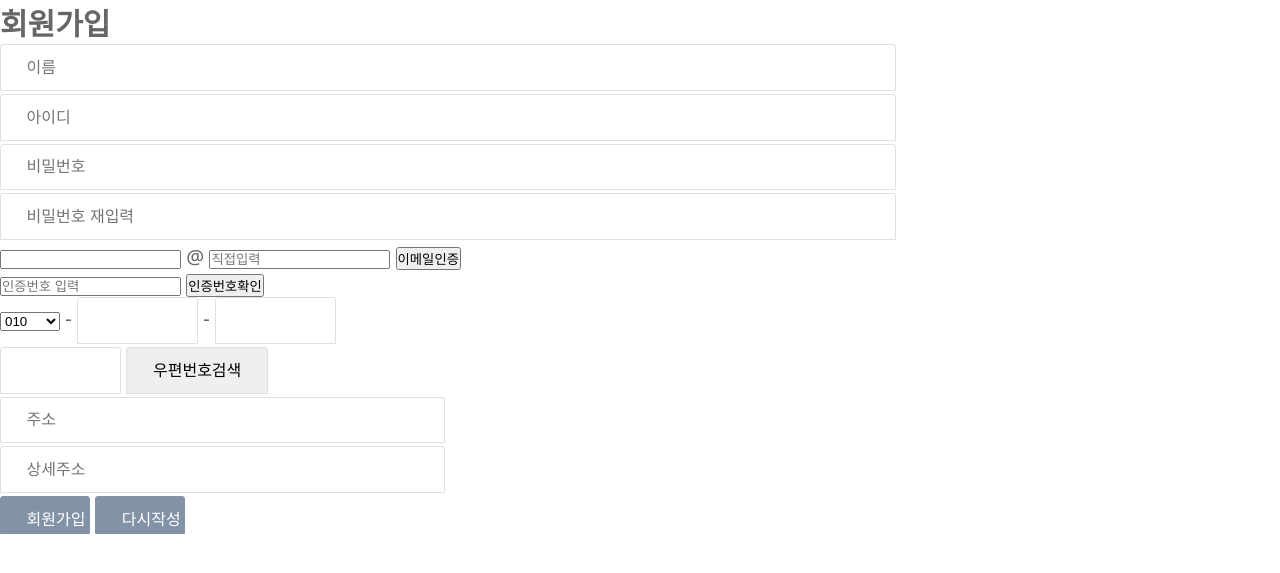
Repository: keepsus/gaebokchi
Page: http://localhost/uzuslime/member/memberWriteForm.jsp
These files come from the project's save history. The page is drawn as it stood at one moment and after a run of saves; the edit follows.
The browser window is 1280 px wide. The pictures show the whole page.
Some web fonts or font styles are not loaded; a fallback is used. The page is served by Tomcat 9. Nobody is signed in. The application's start-up code is not run. Other server files are loaded and not shown.

Above is the page before, as saved 2021-01-31 03:16:00.

### uzuslime/src/main/webapp/member/memberWriteForm.jsp
<%@ page language="java" contentType="text/html; charset=UTF-8"
    pageEncoding="UTF-8"%>

<head>
    <meta charset="UTF-8">
    <meta name="viewport" content="width=device-width, initial-scale=1.0">
    <link rel="stylesheet" href="/slime/css/memberWriteForm.css">
    <link rel="preconnect" href="https://fonts.gstatic.com">
    <link href="https://fonts.googleapis.com/css2?family=Raleway:ital,wght@0,200;0,300;0,400;0,500;1,300;1,400&display=swap" rel="stylesheet">
    <title>Document</title>
</head>


	<div class="modal-header">
	    <h2 class="signUp-header">회원가입</h2>
	</div>

		<form name="memberWriteForm" method="post" action="/slime/member/write" class="memberWriteForm">

			    <div class="input-text">
			        <input type="text" class="sign-name" id="signName" name="member_name" size="25" placeholder="이름">
			        <div id="nameDiv"></div>
			    </div>


			    <div class="input-text">
			        <input type="text" class="member_id" id="member_id" size="25" placeholder="아이디">
			        <input type="hidden" id="check" value="">
			    	<div id="idDiv"></div>
			    </div>


			    <div class="input-text">
			        <input type="password" class="sign-pwd" id="signPwd" name="member_pw" size="25" placeholder="비밀번호">
			        <div id="pwdDiv"></div>
			    </div>


			    <div class="input-text">
			        <input type="password" class="sign-repwd" id="signRePwd" name="repw" size="25" placeholder="비밀번호 재입력">
			        <div id="repwdDiv"></div>
			    </div>


			    <div class="email-input-text">
			        <input type="text" class="sign-email1" name="email1">
			        @
			        <input type="email" class="sign-email2" name="email2" list="email2" placeholder="직접입력">
			        <datalist id="email2">
			            <option value="gmail.com">
			            <option value="naver.com">
			            <option value="hanmail.net">
			        </datalist>
			        <input type="button" class="email-Btn" value="이메일인증" id="emailBtn"><br>
			         <input type="text" class="check-email" name="check-email" placeholder="인증번호 입력">
			        <input type="button" class="email-check-Btn" value="인증번호확인" id="emailCheckBtn"><br>
			    </div>


			    <div class="signUp-phone-form">
			        <select name="tel1" class="sign-tel1" style="width: 60px;">
			            <option value="010">010
			            <option value="011">011
			            <option value="019">019
			        </select>
			         -
			         <input type="text" class="sign-tel2" name="tel2" size="5">
			         -
			         <input type="text" class="sign-tel3" name="tel3" size="5">
			    </div>


			    <div class="signUp-address-form">
			        <input type="text" class="sign-post" id="postcode" name="zipcode" size="5" readonly>
			        <input type="button" class="check-Post-Btn" value="우편번호검색" id="checkPostBtn"><br>
			        <input type="text" class="sign-address" id="address" name="addr1" size="40"  readonly placeholder="주소"><br>
			        <input type="text" class="sign-detail" id="detailAddress" name="addr2" size="40" placeholder="상세주소">
			    </div>


			    <div class="signUp-btn-box">
			        <input type="button" id="writeBtn" class="writeBtn" value="회원가입">
			        <input type="reset" value="다시작성">
			    </div>


</form>
<script type="text/javascript" src="https://code.jquery.com/jquery-3.5.1.min.js"></script>	<!-- 위아래 순서가 바뀌면 안된다 -->
<script type="text/javascript" src="/slime/js/member.js?ver=1"></script>	<!-- 위아래 순서가 바뀌면 안된다 -->

### uzuslime/src/main/webapp/css/memberWriteForm.css
@charset "UTF-8";
* {
    margin: 0px;
    padding: 0px;
    box-sizing: border-box;
}

html {
    background-color: #fff;
    color: rgba(85, 85, 85, 0.897);
    font-family: 'Raleway','Noto Sans Korean','Apple SD Gothic Neo', 'Malgun Gothic','Nanum Gothic', 'Noto Sans','sans-serif';
    font-weight: 300px;
    font-size: 20px;
    text-rendering: optimizeLegibility;
    /* 반응형 웹사이트를 만드려고 기준으로 두었다. 폰트사이즈를 20px을 기본으로 주면 다른 태그에서 %를 사용해서 변경해주면
    폰트 사이즈를 바꿔줄때마다 웹사이트의 폰트 사이즈가 자동으로 바뀔 것이다. */
}

.modal-header{
	margin-botton: 8%;

}

.memberSignUpForm{
	text-align: center;
}

.input-text input{
    width: 70%;
    padding: 1% 2%;
    line-height: 1.2;
    border-radius: 3px 3px 0 0;
    border: 1px solid #e0e0e0;
    font-size: 80%;
    margin-bottom: 3px;
}

.emailBtn,.emailCheckBtn,.checkPostBtn{
    background-color: #fff;
    color: rgba(85, 85, 85, 0.897);
    border: 1px solid #e0e0e0;
    text-decoration: none;
    cursor: pointer;
    border-radius: 3px 3px 0 0;
}

.emailBtn,.emailCheckBtn,.checkPostBtn,.writeBtn:hover{
    transition: 0.4s;
    background-color: rgba(78, 76, 76, 0.678);
    color: white;
}

.signUp-email-form input {
	padding: 1% 2%;
    line-height: 1.2;
    border-radius: 3px 3px 0 0;
    border: 1px solid #e0e0e0;
    font-size: 80%;
    margin-bottom: 3px;
}

.signUp-phone-form input {
	padding: 1% 2%;
    line-height: 1.2;
    border-radius: 3px 3px 0 0;
    border: 1px solid #e0e0e0;
    font-size: 80%;
    margin-bottom: 3px;
}

.signUp-address-form input {
	padding: 1% 2%;
    line-height: 1.2;
    border-radius: 3px 3px 0 0;
    border: 1px solid #e0e0e0;
    font-size: 80%;
    margin-bottom: 3px;
}

.signUp-btn-box input{
	padding: 1% 2%;
    line-height: 1.2;
    border-radius: 3px 3px 0 0;
    border: 1px solid #8393a7;
    background-color: #8393a7;
    font-size: 80%;
    color :white;
    margin-bottom: 3px;
    width: 90px;
    height:38px;
    cursor:pointer;
}

### uzuslime/src/main/webapp/js/member.js
//로그인
$('#loginBtn').click(function(){
	$('#loginIdDiv').empty();
	$('#loginPwdDiv').empty();

	if($('#loginId').val()==''){
		$('#loginIdDiv').text('아이디를 입력')
						.css('color','red')
						.css('font-size','8pt')
						.css('font-weight','bold');

	}else if($('#loginPwd').val()==''){
		$('#loginPwdDiv').text('비밀번호를 입력')
						 .css('color','red')
						 .css('font-size','8pt')
						 .css('font-weight','bold');
	}else{
		$.ajax({
			type : 'post',
			url: '/slime/member/login',
			data: {'member_id': $('#loginId').val(), 'pwpwpw': $('#loginPwd').val()},

			dataType: 'text',
			success: function(data){
				if(data == 'success'){
					location.href = '/slime/index.jsp';

				}else if(data == 'fail'){

					alert('잘못된 정보입니다. 다시 입력해주세요.');
				}
			},//success
			error: function(err){
				console.log(err);
			}//error

		});//ajax
	}//else
});//click

//회원가입
$('#writeBtn').click(function(){
	$('#nameDiv').empty();
	$('#idDiv').empty();
	$('#pwdDiv').empty();
	$('#repwdDiv').empty();
	$('#emailDiv').empty();
	var idReg = /^[A-za-z0-9]/g;
	//아이디 한글못넣게 하는 것
	//[영문 대문자 또는 소문자로 시작하는 아이디, 끝날때 제한 없음]

	//if($('#name').val()==''){ -> 방법 1
	//if($('input[id=member_name]').val()==''){ -> 방법 2
	//id 속성이용은 2가지 방법 모두 가능
	if($('input[id=member_name]').val()==''){
		$('#nameDiv').text('이름을 입력하세요');
		$('#nameDiv').css('color','red');
		$('#nameDiv').css('font-size','8pt');
		$('#nameDiv').css('font-weight','bold');

	}else if($('#member_id').val()==''){	//id 속성이용
		$('#idDiv').text('아이디를 입력하세요');
		$('#idDiv').css('color','red');
		$('#idDiv').css('font-size','8pt');
		$('#idDiv').css('font-weight','bold');

	}else if( !idReg.test( $("input[id=member_id]").val() ) ){
		$('#idDiv').text('아이디는 영문자로 시작하는 6~20자 영문자 또는 숫자이어야 합니다.');
		$('#idDiv').css('color','red');
		$('#idDiv').css('font-size','8pt');
		$('#idDiv').css('font-weight','bold');

	}else if($('input[name=member_pw]').val()==''){
		$('#pwdDiv').text('비밀번호를 입력하세요')
		$('#pwdDiv').css('color','red')
		$('#pwdDiv').css('font-size','8pt')
		$('#pwdDiv').css('font-weight','bold');

	}else if($('input[name=repw]').val() != $('input[name=member_pw]').val()){
		$('#repwdDiv').text('비밀번호가 맞지 않습니다')
		$('#repwdDiv').css('color','red')
		$('#repwdDiv').css('font-size','8pt')
		$('#repwdDiv').css('font-weight','bold');

	}else if($('#member_id').val() != $('#check').val()){
		$('#idDiv').text('중복체크 하세요')
		$('#idDiv').css('color','red')
		$('#idDiv').css('font-size','8pt')
		$('#idDiv').css('font-weight','bold');

	}else if($('input[name=email1]').val()==''||$('input[name=email2]').val()==''){
		$('#emailDiv').text('이메일을 입력하세요')
		$('#emailDiv').css('color','red')
		$('#emailDiv').css('font-size','8pt')
		$('#emailDiv').css('font-weight','bold');

	}else{
		$('form[name=memberWriteForm]').submit();
	}
});

//중복 아이디 체크
$('#member_id').focusout(function(){
	if($('#member_id').val()==''){
		$('#idDiv').text('먼저 아이디를 입력하세요')
		$('#idDiv').css('color','magenta')
		$('#idDiv').css('font-size','8pt')
		$('#idDiv').css('font-weight','bold');

	}else{
		$.ajax({
			type: 'post',
			url: '/slime/member/checkId',
			data: 'member_id='+$('#member_id').val(),
			dataType: 'text',
			success: function(data){
				if(data == 'exist'){
					$('#idDiv').text('사용 불가능')
					$('#idDiv').css('color','magenta')
					$('#idDiv').css('font-size','8pt')
					$('#idDiv').css('font-weight','bold');

				}else if(data == 'non_exist'){
					$('#check').val($('#member_id').val());

					$('#idDiv').text('사용 가능')
					$('#idDiv').css('color','blue')
					$('#idDiv').css('font-size','8pt')
					$('#idDiv').css('font-weight','bold');
				}
			}
		});
	}
});

//우편번호
$('#checkPostBtn').click(function(){
	window.open("/slime/member/memberCheckPost", "zipcode", "width=700 height=500 scrollbars=yes");
});

$('#checkPostSearchBtn').click(function(){
	$.ajax({
		type: 'post',
		url: '/slime/member/checkPostSearch',
		data: $('#memberCheckPostForm').serialize(),	//serialize : '변수=값&변수=값'
		dataType: 'json',
		success: function(data){
			//alert(JSON.stringify(data));

			$('#checkPostTable tr:gt(2)').remove();

			$.each(data.list, function(index, items){
				var address = items.sido+' '
							+ items.sigungu+' '
							+ items.yubmyundong+' '
							+ items.ri+' '
							+ items.roadname+' '
							+ items.buildingname;

				address = address.replace(/null/g, '');

				$('<tr/>').append($('<td/>',{
					align: 'center',
					text: items.zipcode

				})).append($('<td/>',{
					colspan: '3',
					}).append($('<a/>',{
						href: '#',
						id: 'addressA',
						text: address
					}))
				).appendTo($('#checkPostTable'));
			});//each

			$('a').click(function(){
				//alert($(this).prop('tagName'));
				//alert($(this).parent().prev().text());

				$('#postcode', opener.document).val($(this).parent().prev().text());
				$('#address', opener.document).val($(this).text());
				$('#detailAddress', opener.document).focus();
				window.close();
			});
		},
		error: function(err){
			console.log(err);
		}
	});
});

//회원정보수정
$('#modifyBtn').click(function(){
	$('#nameDiv').empty();
	$('#pwdDiv').empty();
	$('#repwdDiv').empty();

	if($('#member_name').val()==''){
		$('#nameDiv').text('이름을 입력하세요');
		$('#nameDiv').css('color','red');
		$('#nameDiv').css('font-size','8pt');
		$('#nameDiv').css('font-weight','bold');

	}else if($('input[name=member_pw]').val()==''){
		$('#pwdDiv').text('비밀번호를 입력하세요')
		$('#pwdDiv').css('color','red')
		$('#pwdDiv').css('font-size','8pt')
		$('#pwdDiv').css('font-weight','bold');

	}else if($('input[name=repw]').val() != $('input[name=member_pw]').val()){
		$('#repwdDiv').text('비밀번호가 맞지 않습니다')
		$('#repwdDiv').css('color','red')
		$('#repwdDiv').css('font-size','8pt')
		$('#repwdDiv').css('font-weight','bold');

	}else{
		$.ajax({
			type: 'post',
			url: '/slime/member/modify',
			data: $('#memberModifyForm').serialize(),	//serialize : '변수=값&변수=값'
			success: function(){
				alert('회원정보수정 완료');
				location.href='/slime/mypage/myPageOrder.jsp';
			},
			error: function(err){
				console.log(err);
			}
		});
	}
});

//아이디 찾기
$('#searchBtn').click(function(){
	$.ajax({
		type: 'post',
		url: '/slime/member/memberIdSearch',
		data: $('#memberSearch').serialize(),
		dataType: 'text',
		success: function(data){
			alert("회원님의 ID는 "+data+" 입니다");
			location.href='/slime/index.jsp';
		},
		error: function(err){
			alert("틀린 정보입니다. 다시 확인해주세요.")
			console.log(err);
		}
	});
});


//이메일 인증 보내기
$('#emailBtn').click(function(){
	$('#emailDiv').empty();
	if($('input[name=email1]').val()==''||$('input[name=email2]').val()==''){
		$('#emailDiv').text('이메일을 입력하세요');
		$('#emailDiv').css('color','red');
		$('#emailDiv').css('font-size','8pt');
		$('#emailDiv').css('font-weight','bold');

	}else{
		$.ajax({
			type: 'post',
			url: '/slime/member/sendEmail',
			data: 'e_mail='+$('#email1').val()+'@'+$('#email2').val(),
			dataType: 'json',
			success: function(data){
				$('#emailDiv').text('이메일이 발송되었습니다. 인증번호를 입력헤주세요');
				$('#emailDiv').css('color','red');
				$('#emailDiv').css('font-size','8pt');
				$('#emailDiv').css('font-weight','bold');
				console.log('이메일 data ='+ JSON.stringify(data));//data가 들어오는것인가?이상한게 찍힌다.
				$('#checkEmailR').val(data.dice);//받은 인증번호를 jsp에 있는 hidden 속성에 넣어주기
			},
			error: function(err){
				console.log(err);
			}
		});
	}

});


//이메일 인증번호 확인
$('#emailCheckBtn').click(function(){
	$('#emailDiv').empty();

	if($('input[id=checkEmail]').val()==''){
		$('#emailDiv').text('이메일 인증번호를 입력해주세요 ')
		$('#emailDiv').css('color','magenta')
		$('#emailDiv').css('font-size','8pt')
		$('#emailDiv').css('font-weight','bold');

	}else{
		if
		(document.getElementById('checkEmail').value == document.getElementById('checkEmailR').value){
			$('#emailDiv').text('인증되었습니다.')
			$('#emailDiv').css('color','magenta')
			$('#emailDiv').css('font-size','8pt')
			$('#emailDiv').css('font-weight','bold');
		}else if
		(document.getElementById('checkEmail').value != document.getElementById('checkEmailR').value){
			$('#emailDiv').text('인증번호가 맞지 않습니다.')
			$('#emailDiv').css('color','magenta')
			$('#emailDiv').css('font-size','8pt')
			$('#emailDiv').css('font-weight','bold');
		}
	}

});

After the next 2 saves:
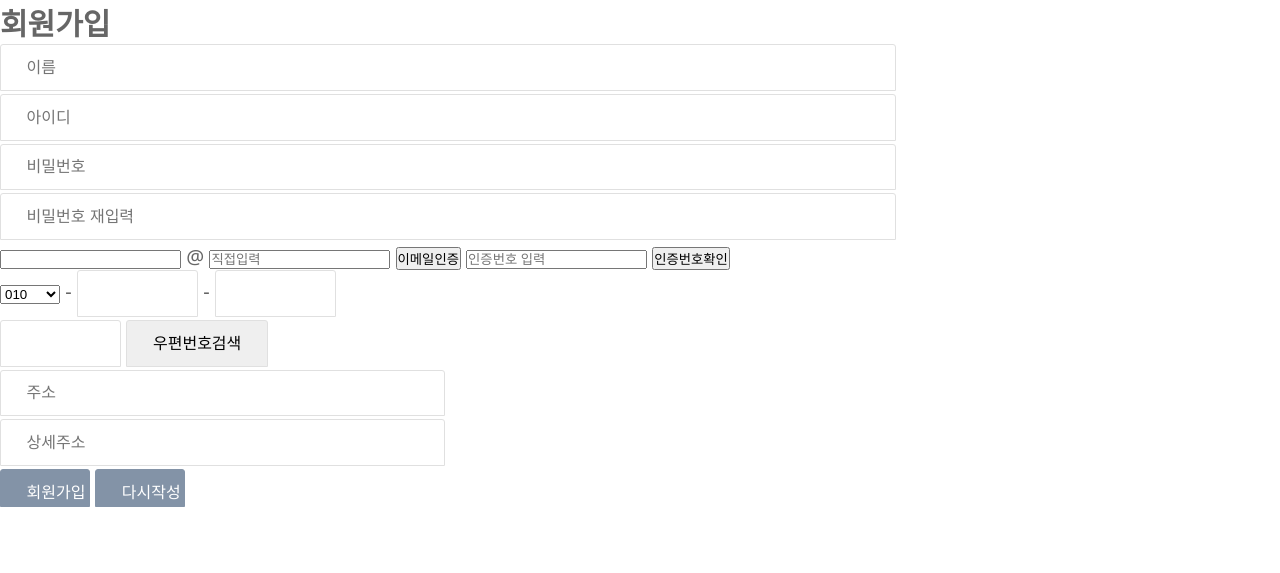
The 2 saves are shown as one change because they came seconds apart.
The last was saved 50 s later.
--- a/uzuslime/src/main/webapp/member/memberWriteForm.jsp
+++ b/uzuslime/src/main/webapp/member/memberWriteForm.jsp
@@ -51,9 +51,9 @@
 			            <option value="naver.com">
 			            <option value="hanmail.net">
 			        </datalist>
-			        <input type="button" class="email-Btn" value="이메일인증" id="emailBtn"><br>
+			        <input type="button" class="email-Btn" value="이메일인증" id="emailBtn">
 			         <input type="text" class="check-email" name="check-email" placeholder="인증번호 입력">
-			        <input type="button" class="email-check-Btn" value="인증번호확인" id="emailCheckBtn"><br>
+			        <input type="button" class="email-check-Btn" value="인증번호확인" id="emailCheckBtn">
 			    </div>
 
 

After the save that followed:
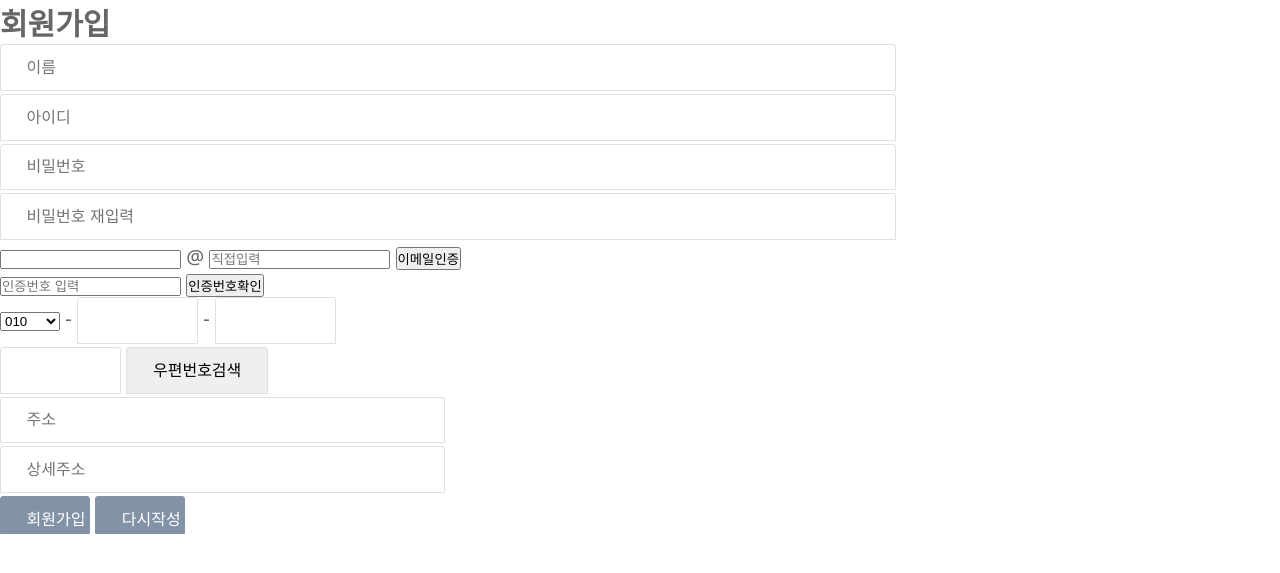
Saved 11 s later.
--- a/uzuslime/src/main/webapp/member/memberWriteForm.jsp
+++ b/uzuslime/src/main/webapp/member/memberWriteForm.jsp
@@ -51,9 +51,9 @@
 			            <option value="naver.com">
 			            <option value="hanmail.net">
 			        </datalist>
-			        <input type="button" class="email-Btn" value="이메일인증" id="emailBtn">
+			        <input type="button" class="email-Btn" value="이메일인증" id="emailBtn"><br>
 			         <input type="text" class="check-email" name="check-email" placeholder="인증번호 입력">
-			        <input type="button" class="email-check-Btn" value="인증번호확인" id="emailCheckBtn">
+			        <input type="button" class="email-check-Btn" value="인증번호확인" id="emailCheckBtn"><br>
 			    </div>
 
 
